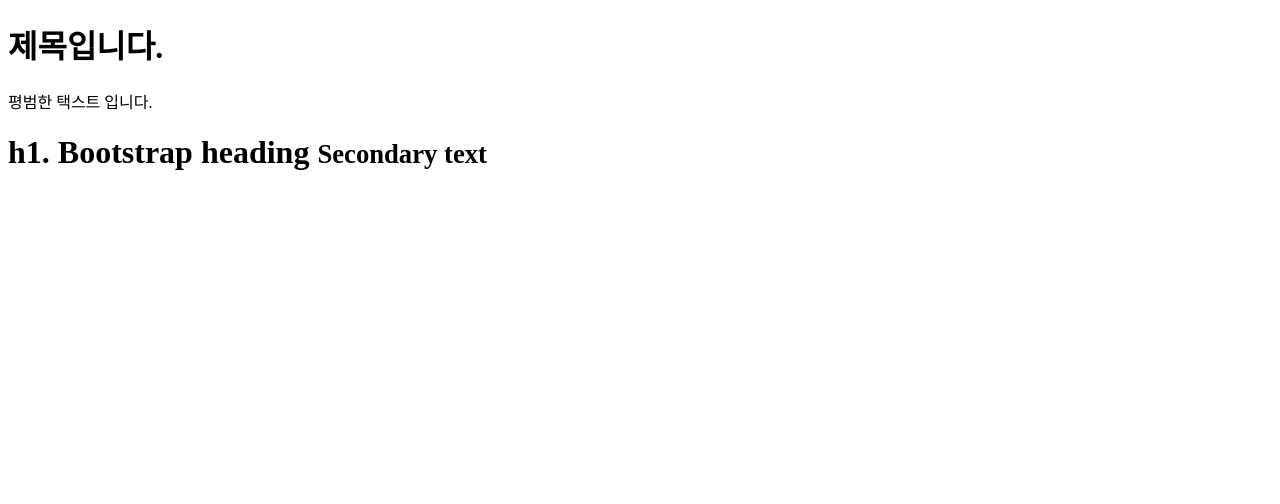
Repository: park-nahyun/BootstrapStudy
Page: BootstrapWork/WebContent/BootEx01.html
An editor plug-in stored every save of this project. The page is shown before and after the next save, followed by the edit.
The browser window is 1280 px wide. The pictures show the whole page.

Above is the page before, as saved 2021-07-01 03:03:11.

After the next save:
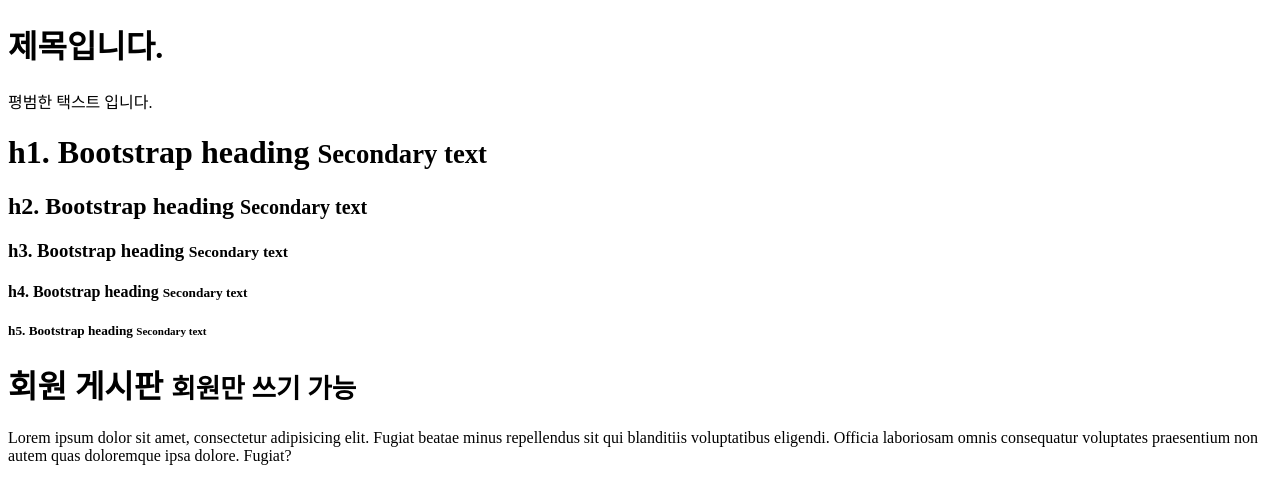
Saved 99 s later.
--- a/BootstrapWork/WebContent/BootEx01.html
+++ b/BootstrapWork/WebContent/BootEx01.html
@@ -10,5 +10,18 @@
 평범한 택스트 입니다.
 
 <h1>h1. Bootstrap heading <small>Secondary text</small></h1>
+<h2>h2. Bootstrap heading <small>Secondary text</small></h2>
+<h3>h3. Bootstrap heading <small>Secondary text</small></h3>
+<h4>h4. Bootstrap heading <small>Secondary text</small></h4>
+<h5>h5. Bootstrap heading <small>Secondary text</small></h5>
+
+<h1>회원 게시판 <small>회원만 쓰기 가능</small></h1>
+
+<p> Lorem ipsum dolor sit amet, consectetur adipisicing elit.
+ Fugiat beatae minus repellendus sit qui blanditiis
+ voluptatibus eligendi.
+  Officia laboriosam omnis consequatur voluptates
+  praesentium non autem quas doloremque ipsa dolore. Fugiat?
+  </p>
 </body>
 </html>
